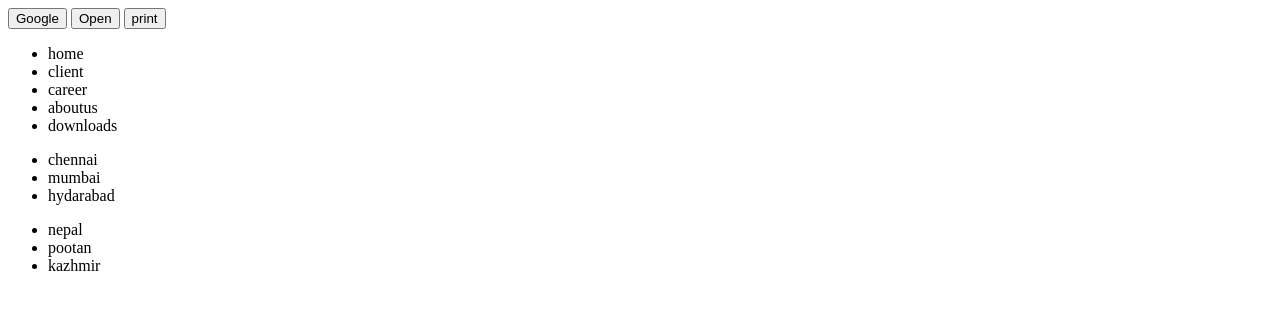
Repository: venkatesakki/JavaDeveloper
Page: http://localhost/javascript_example/usingjsobject.html
These files come from the project's save history. The page is drawn as it stood at one moment and after the next save; the edit follows.
The browser window is 1280 px wide. The pictures show the whole page.
The page is served by Tomcat 9.

Above is the page before, as saved 2022-06-28 09:57:42.

After the next save:
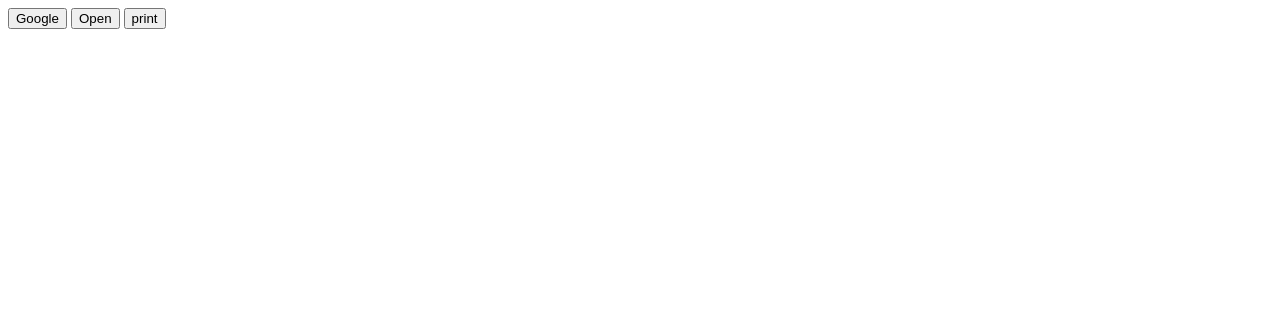
Console error: ReferenceError: eachItem is not defined
Saved 25 s later.
--- a/javascript_example/src/main/webapp/scripts/js_objects.js
+++ b/javascript_example/src/main/webapp/scripts/js_objects.js
@@ -51,7 +51,7 @@
 
 function writeToFile(items){
 		document.write('<ul>');
-	for(eachItem in items){
+	for(indexPos in items){
 		document.write('<li>'+items[eachItem]+'</li>')
 	}
 	document.write('</ul>');

After the save that followed:
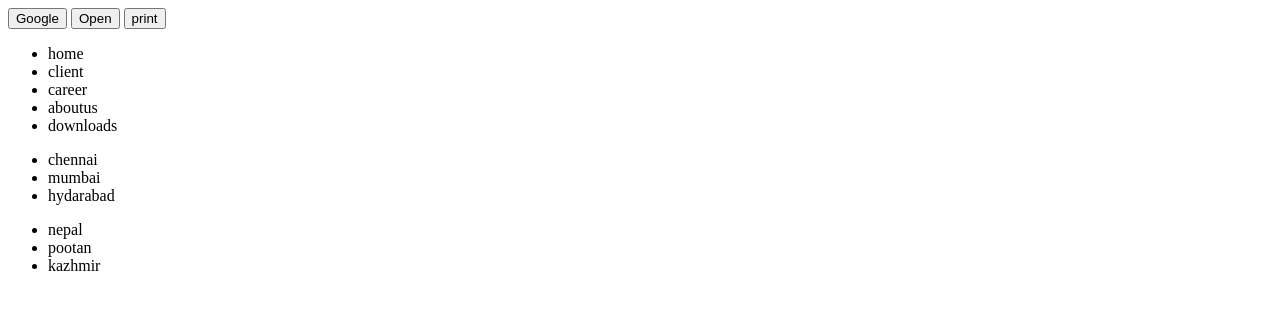
The error is gone.
Saved 9 s later.
--- a/javascript_example/src/main/webapp/scripts/js_objects.js
+++ b/javascript_example/src/main/webapp/scripts/js_objects.js
@@ -52,7 +52,7 @@
 function writeToFile(items){
 		document.write('<ul>');
 	for(indexPos in items){
-		document.write('<li>'+items[eachItem]+'</li>')
+		document.write('<li>'+items[indexPos]+'</li>')
 	}
 	document.write('</ul>');
 }
